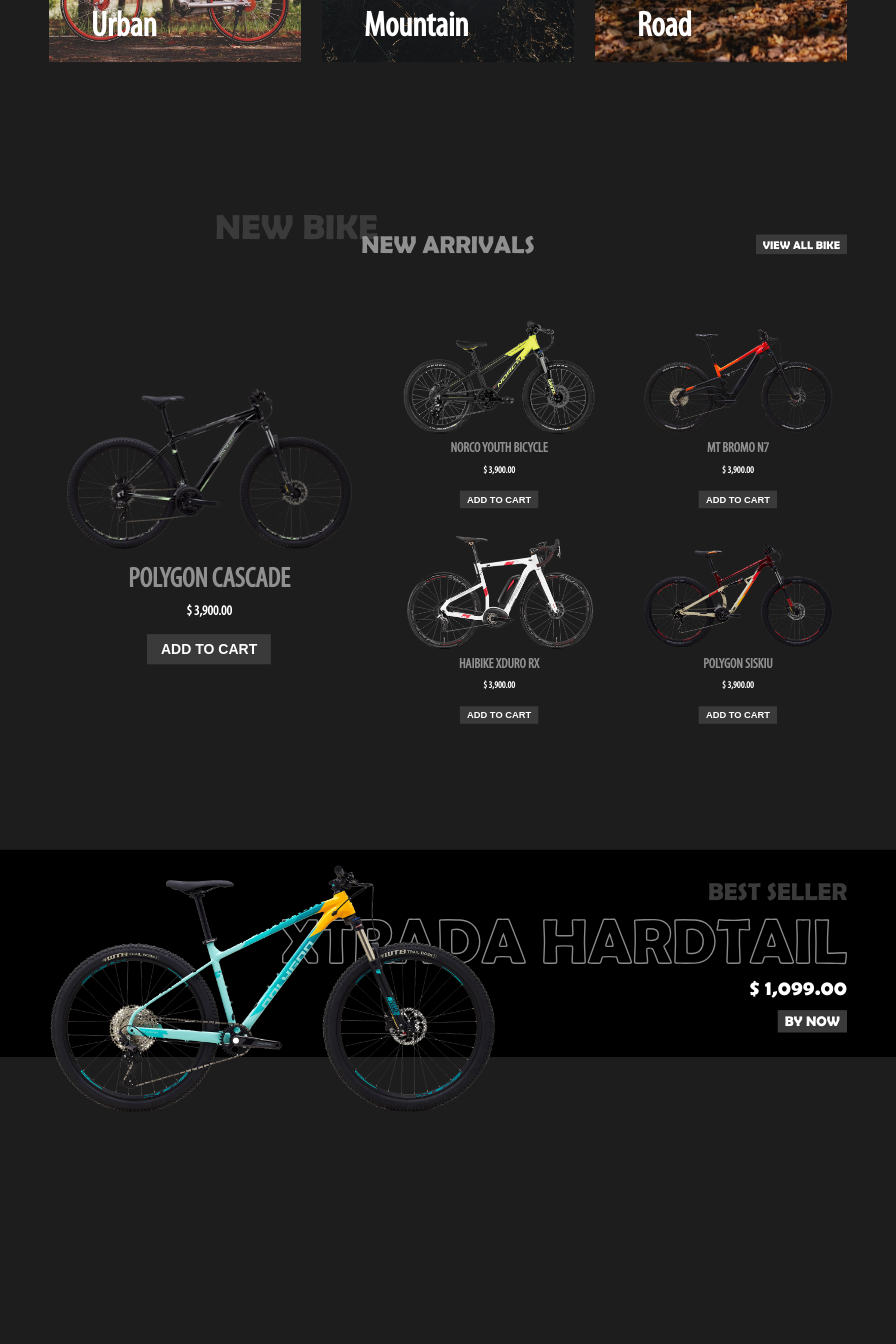
Repository: phamhuuloc/TourBike
Page: index.html
An editor plug-in stored every save of this project. The page is shown before and after the next save, followed by the edit.
The browser window is 1280 px wide. The pictures show the part of the page from y = 1460 to 3380 px (the page is 3380 px tall), at 70% of full size.

Above is the page before, as saved 2021-11-06 12:18:07.

After the next save:
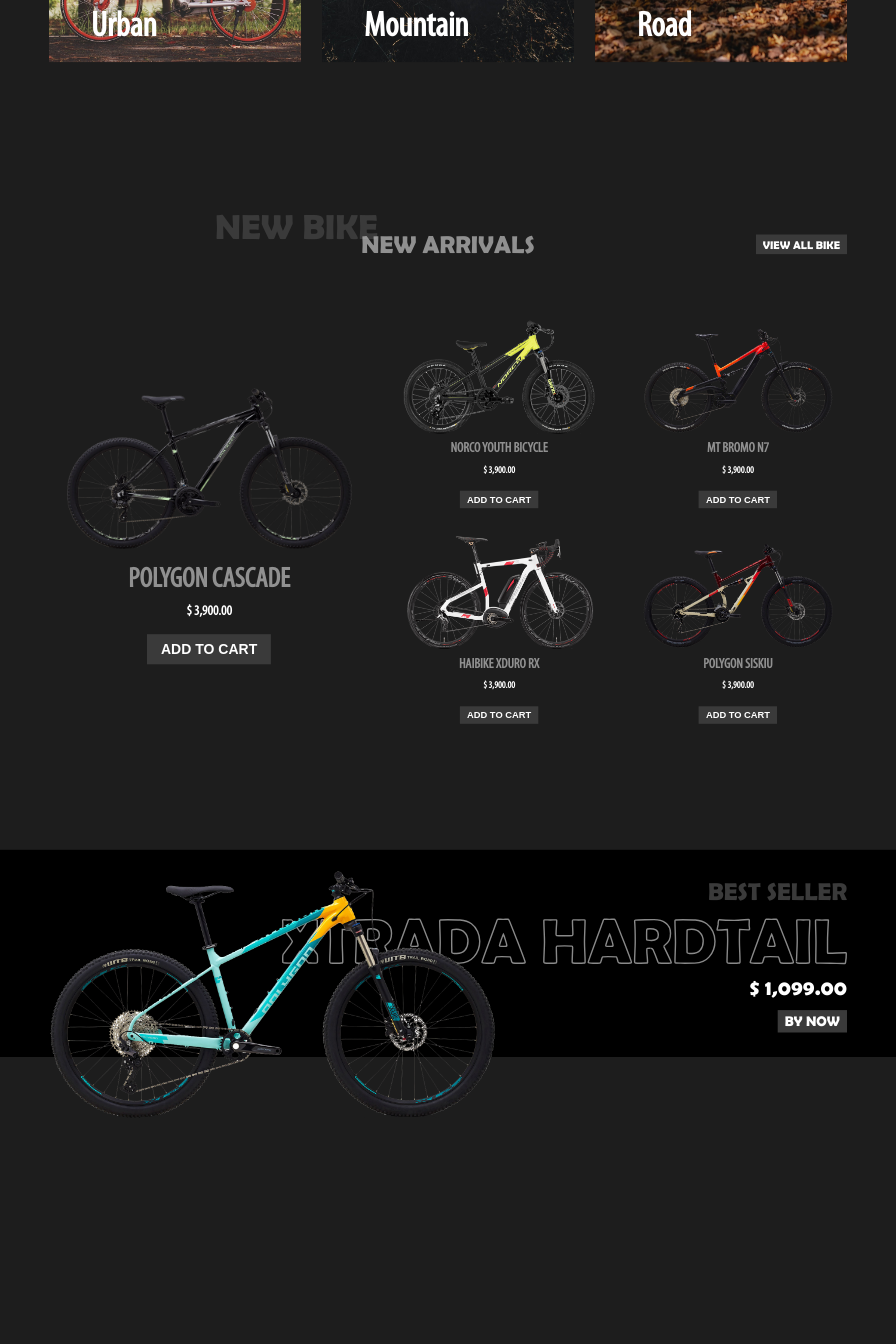
Saved 8 s later.
--- a/assets/css/main.css
+++ b/assets/css/main.css
@@ -377,5 +377,5 @@
   width: 50%;
   position: absolute;
   left: 7rem;
-  bottom: 10px;
-}
+  bottom: 2px;
+}
